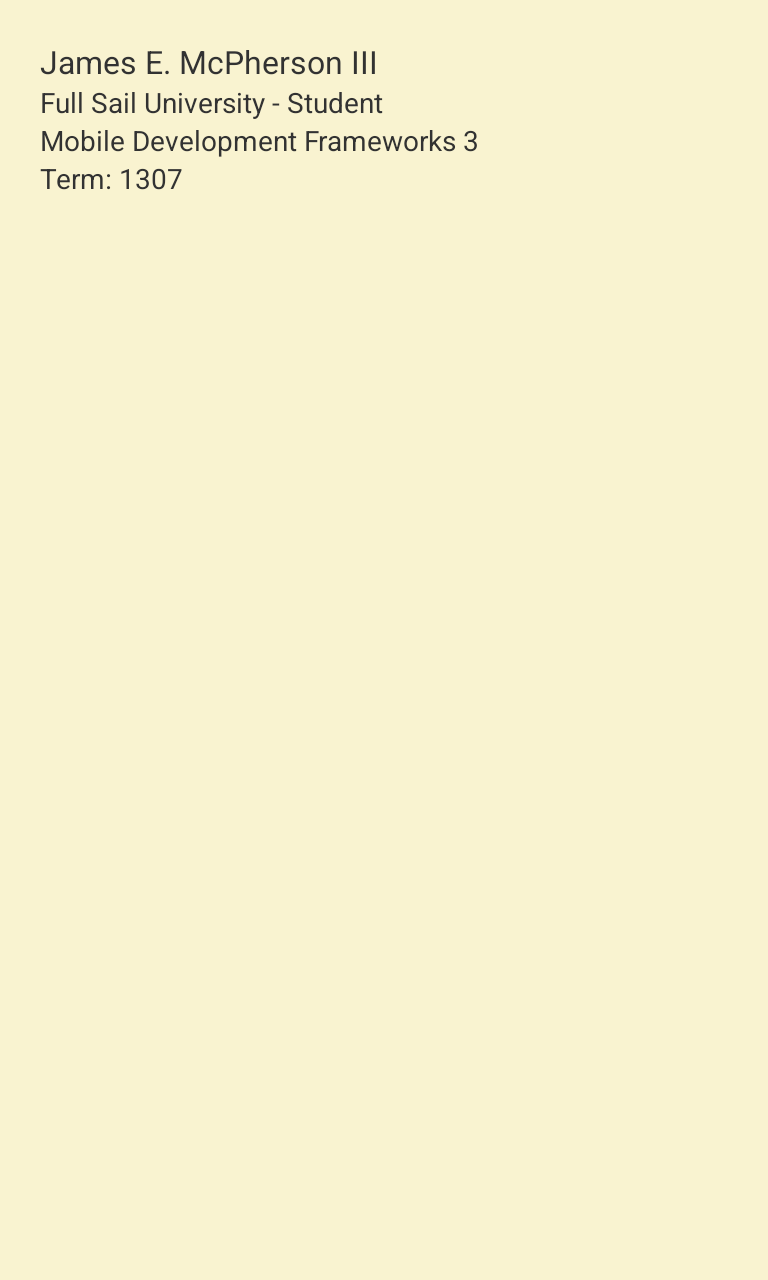
Repository: jemcphe/MDF3
Layout: Week3 ActionBar/Pictcha/res/layout/developer_info.xml
These files come from the project's save history. The layout is drawn as it stood at one moment and after the next save; the edit follows.
It is drawn on a 768 x 1280 px phone screen (xhdpi) without system bars, with theme AppTheme; the app's code is not run.

Above is the layout before, as saved 2013-07-25 03:03:51.

### Week3 ActionBar/Pictcha/res/layout/developer_info.xml
<?xml version="1.0" encoding="utf-8"?>
<LinearLayout xmlns:android="http://schemas.android.com/apk/res/android"
    android:layout_width="match_parent"
    android:layout_height="match_parent"
	android:orientation="vertical"
	android:paddingTop="20dp"
	android:paddingLeft="20dp"
    android:background="#f9f3d0" > >

    <TextView
        android:id="@+id/name"
        android:layout_width="231dp"
        android:layout_height="wrap_content"
        android:text="James E. McPherson III"
        android:textSize="16sp" />

    <TextView
        android:id="@+id/school"
        android:layout_width="wrap_content"
        android:layout_height="wrap_content"
        android:text="Full Sail University - Student" />

    <TextView
        android:id="@+id/course"
        android:layout_width="wrap_content"
        android:layout_height="wrap_content"
        android:text="Mobile Development Frameworks 3" />

    <TextView
        android:id="@+id/term"
        android:layout_width="wrap_content"
        android:layout_height="wrap_content"
        android:text="Term: 1307" />

</LinearLayout>

Loaded but not shown: Week3 ActionBar/Pictcha/res/values/styles.xml (common file); Week3 ActionBar/Pictcha/res/values-v11/styles.xml (common file); Week3 ActionBar/Pictcha/res/values-v14/styles.xml (common file)

After the next save:
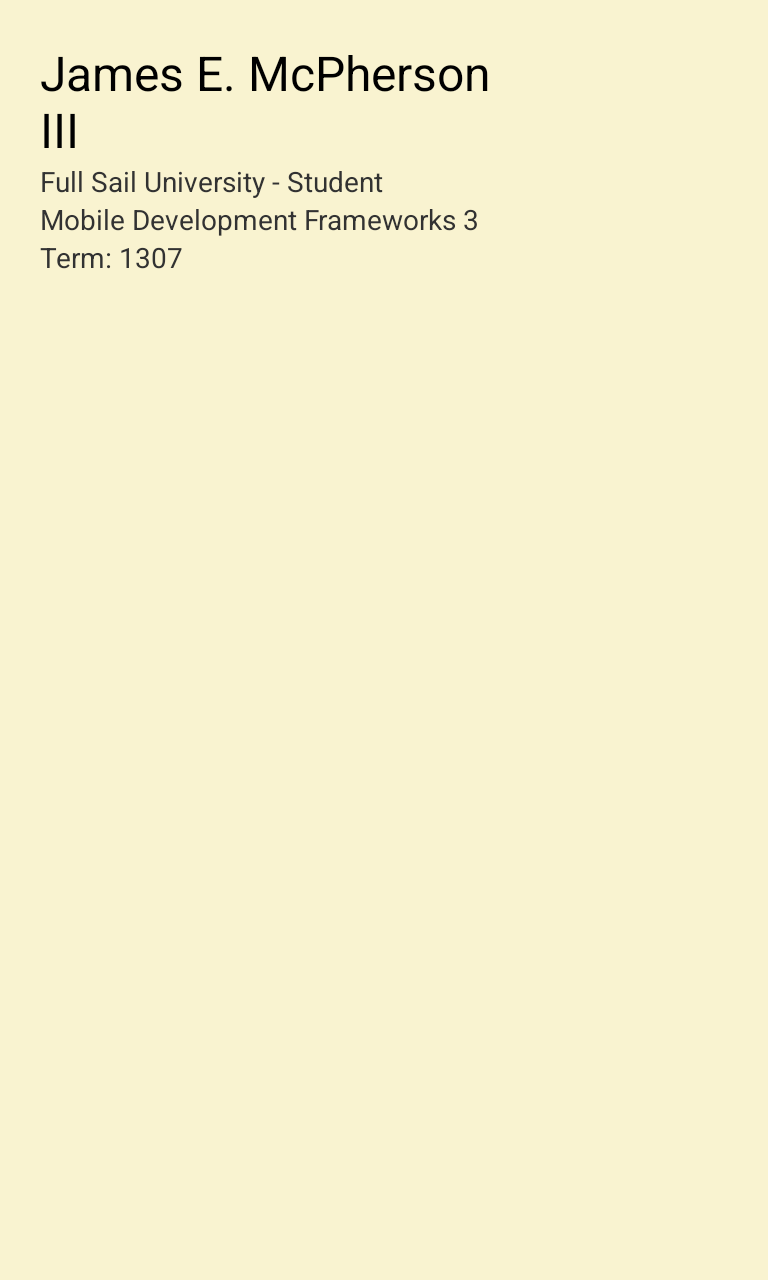
Saved 81 s later.
--- a/Week3 ActionBar/Pictcha/res/layout/developer_info.xml
+++ b/Week3 ActionBar/Pictcha/res/layout/developer_info.xml
@@ -12,7 +12,8 @@
         android:layout_width="231dp"
         android:layout_height="wrap_content"
         android:text="James E. McPherson III"
-        android:textSize="16sp" />
+        android:textSize="24sp"
+        android:textAppearance="bold" />
 
     <TextView
         android:id="@+id/school"
